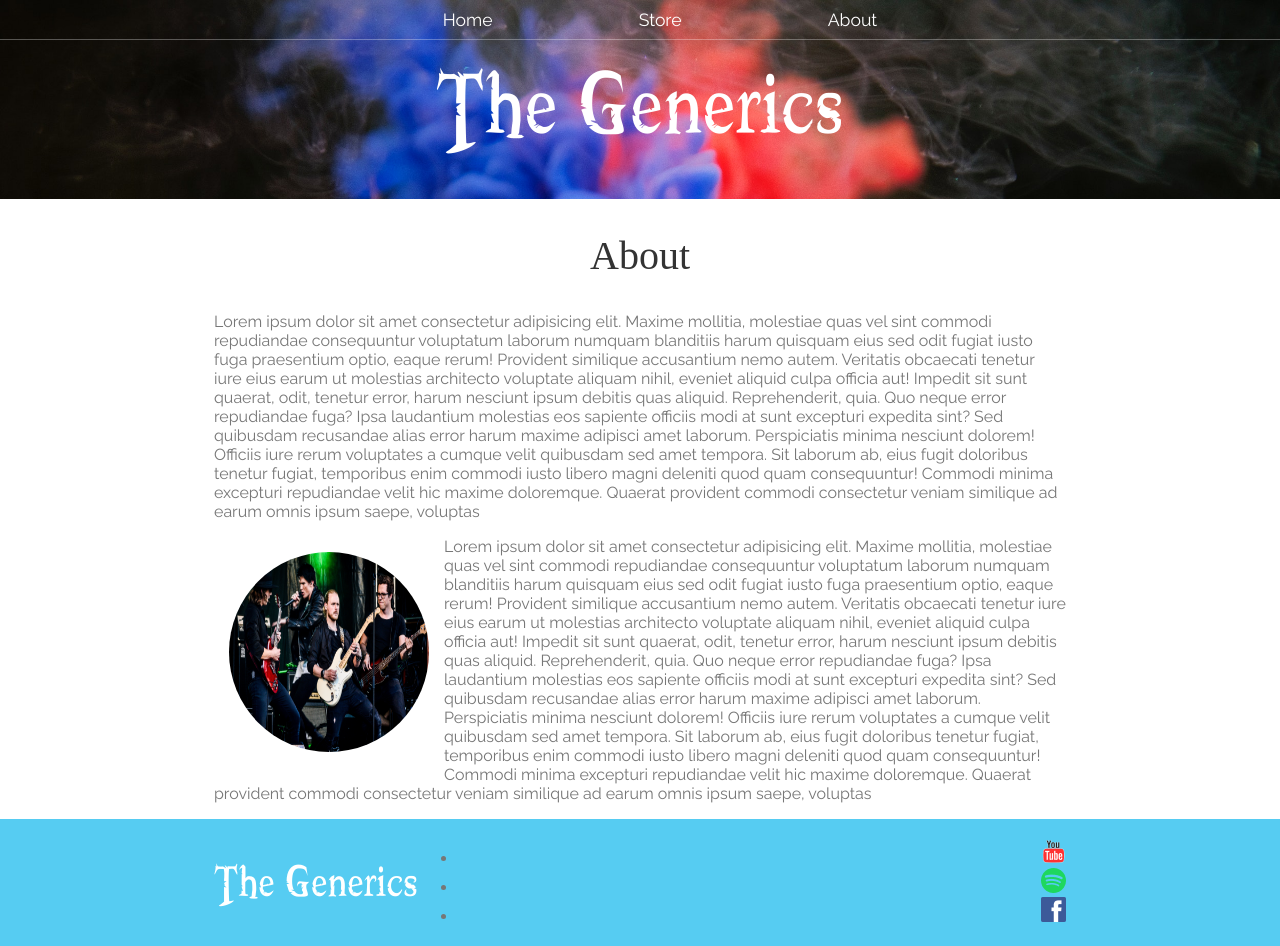
Repository: nazmulhaquep/WebDesign
Page: WebDevSimplified/about.html
An editor plug-in stored every save of this project. The page is shown before and after the next save, followed by the edit.
The browser window is 1280 px wide. The pictures show the whole page.
Some web fonts or font styles are not loaded; a fallback is used.

Above is the page before, as saved 2023-11-26 10:11:09.

### WebDevSimplified/about.html
<!DOCTYPE html>
<html lang="en">
<head>
    <meta charset="UTF-8">
    <meta name="viewport" content="width=device-width, initial-scale=1.0">
    <title>The Generics | About</title>
    <meta name="description" content="This is the description">
    <link rel="stylesheet" href="styles.css" />
</head>
<body>
    <header class="main-header">
        <nav class="nav main-nav">
            <ul>
                <li><a href="index.html">Home</a></li>
                <li><a href="store.html">Store</a></li>
                <li><a href="about.html">About</a></li>
            </ul>
        </nav>
        <h1 class="band-name band-name-larger"> The Generics </h1>
    </header>
    <section class="content-section container">
        <h2 class="section-header">About</h2>
        <p> Lorem ipsum dolor sit amet consectetur adipisicing elit. Maxime mollitia,
molestiae quas vel sint commodi repudiandae consequuntur voluptatum laborum
numquam blanditiis harum quisquam eius sed odit fugiat iusto fuga praesentium
optio, eaque rerum! Provident similique accusantium nemo autem. Veritatis
obcaecati tenetur iure eius earum ut molestias architecto voluptate aliquam
nihil, eveniet aliquid culpa officia aut! Impedit sit sunt quaerat, odit,
tenetur error, harum nesciunt ipsum debitis quas aliquid. Reprehenderit,
quia. Quo neque error repudiandae fuga? Ipsa laudantium molestias eos
sapiente officiis modi at sunt excepturi expedita sint? Sed quibusdam
recusandae alias error harum maxime adipisci amet laborum. Perspiciatis
minima nesciunt dolorem! Officiis iure rerum voluptates a cumque velit
quibusdam sed amet tempora. Sit laborum ab, eius fugit doloribus tenetur
fugiat, temporibus enim commodi iusto libero magni deleniti quod quam
consequuntur! Commodi minima excepturi repudiandae velit hic maxime
doloremque. Quaerat provident commodi consectetur veniam similique ad
earum omnis ipsum saepe, voluptas </p>
<img class="about-band-image" src="images/Band Members.png">
<p> Lorem ipsum dolor sit amet consectetur adipisicing elit. Maxime mollitia,
    molestiae quas vel sint commodi repudiandae consequuntur voluptatum laborum
    numquam blanditiis harum quisquam eius sed odit fugiat iusto fuga praesentium
    optio, eaque rerum! Provident similique accusantium nemo autem. Veritatis
    obcaecati tenetur iure eius earum ut molestias architecto voluptate aliquam
    nihil, eveniet aliquid culpa officia aut! Impedit sit sunt quaerat, odit,
    tenetur error, harum nesciunt ipsum debitis quas aliquid. Reprehenderit,
    quia. Quo neque error repudiandae fuga? Ipsa laudantium molestias eos
    sapiente officiis modi at sunt excepturi expedita sint? Sed quibusdam
    recusandae alias error harum maxime adipisci amet laborum. Perspiciatis
    minima nesciunt dolorem! Officiis iure rerum voluptates a cumque velit
    quibusdam sed amet tempora. Sit laborum ab, eius fugit doloribus tenetur
    fugiat, temporibus enim commodi iusto libero magni deleniti quod quam
    consequuntur! Commodi minima excepturi repudiandae velit hic maxime
    doloremque. Quaerat provident commodi consectetur veniam similique ad
    earum omnis ipsum saepe, voluptas </p>
    </section>
    <footer class="main-footer">
        <div class="container main-footer-container">
            <h3 class="band-name">The Generics</h3>
            <ul>
                <li><img src="images/YouTube Logo.png"> </li>
                <li><img src="images/Spotify Logo.png"> </li>
                <li><img src="images/Facebook Logo.png"> </li>
            </ul>
        </div>
    </footer>
</body>
</html>

### WebDevSimplified/styles.css
/* import font*/
@import url('https://fonts.googleapis.com/css2?family=Raleway:ital,wght@0,400;1,300&display=swap');
@import url('https://fonts.googleapis.com/css2?family=Metal+Mania');

/* import local font */
@font-face {
    font-family: "Booter - Zero Zero";
    src: url("Fonts/Booter - Zero Zero.woff") format(woff),
         url("fonts/Booter - Zero Zero.woff2") format(woff2);
         font-weight: normal;
         font-style:normal;
}

/* all width and padding adjust with device width */
*{
    box-sizing:border-box;
    font-family: Raleway;
    color:#777;
}

html,body{
   margin:0;
   padding:0;
}

.main-header{
    background-image: url('images/Header Background.jpg');
    background-size: cover;
    padding-bottom: 30px;
}

.nav ul{
    margin:0px;
}

.nav li{
    display:inline;
}

.nav a{
    display: inline-block; /*to apply margin and padding */
    padding: .5em;
    list-style: none;
    text-decoration: none;
    color:white;
}

.main-nav{
    text-align:center;
    font-size:1.1em;
    font-weight: lighter;
    border-bottom: 1px solid rgba(255,255,255, .3);
}

.main-nav li{
    padding:0 5%;
}

.band-name{
    text-align:center;
    margin:0;
    font-size:4em;
    font-family:"Booter - Zero Zero";
    color:#fff;
    font-weight:normal;
}

.band-name-larger{
    font-size:8em;
}
.content-section{
    margin:1em;
}
.container{
    max-width:900px;
    margin:0 auto;
    padding:0 1.5em;
}

.section-header{
    font-family: 'Metal Mania';
    font-weight: normal;
    color:#333;
    text-align: center;
    font-size:2.5em;
}

.about-band-image{
    float:left;
    height: 200px;
    width: 200px;
    margin:15px;
    border-radius: 50%;
}

.main-footer{
    background-color:#56ccf2;
    color:#fff;
    padding:.25em 0;
}

.main-footer-container{
    display: flex;
    align-items: center;
}

.main-footer-container ul{
    flex-grow:1;
    text-align:end;
}

After the next save:
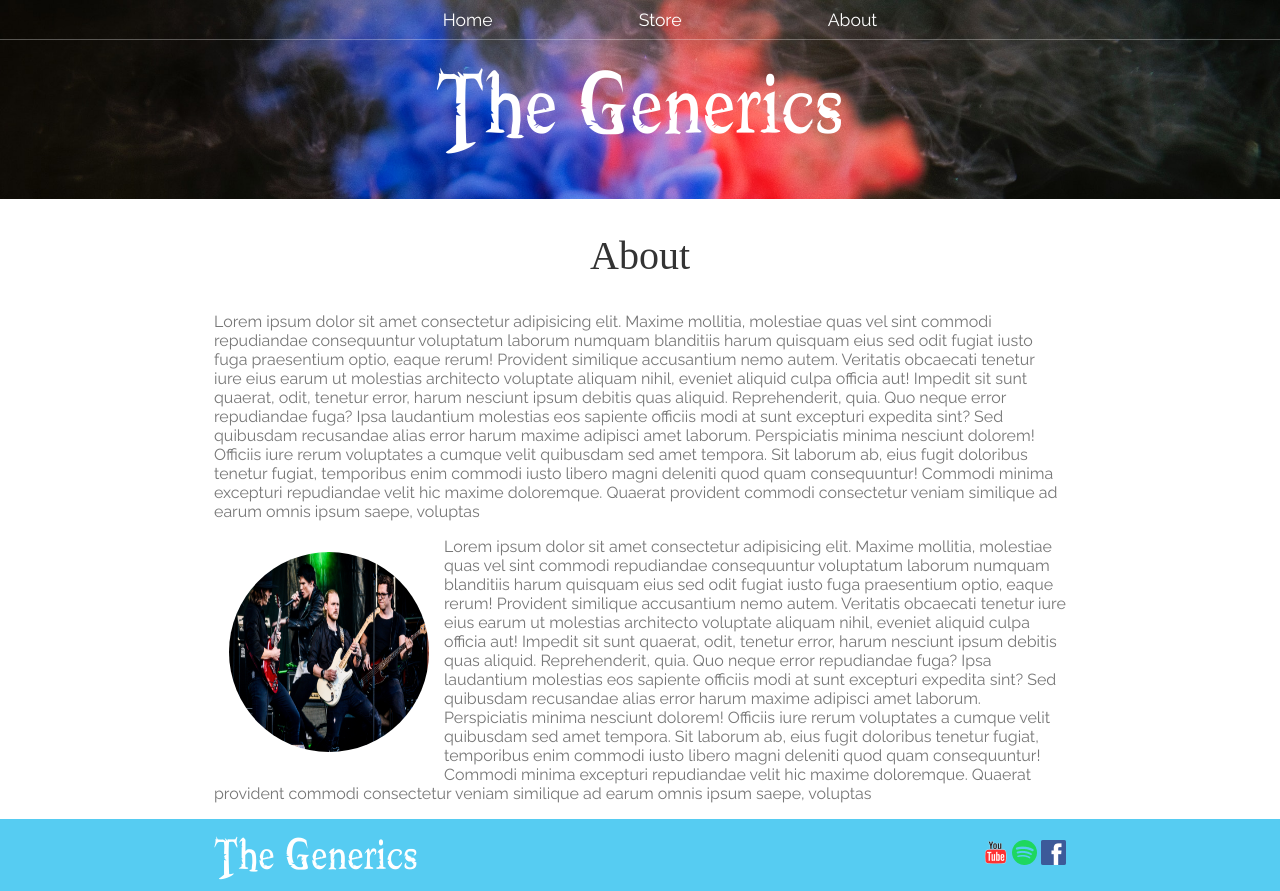
Saved 39 s later.
--- a/WebDevSimplified/about.html
+++ b/WebDevSimplified/about.html
@@ -57,7 +57,7 @@ earum omnis ipsum saepe, voluptas </p>
     <footer class="main-footer">
         <div class="container main-footer-container">
             <h3 class="band-name">The Generics</h3>
-            <ul>
+            <ul class="nav footer-nav">
                 <li><img src="images/YouTube Logo.png"> </li>
                 <li><img src="images/Spotify Logo.png"> </li>
                 <li><img src="images/Facebook Logo.png"> </li>
